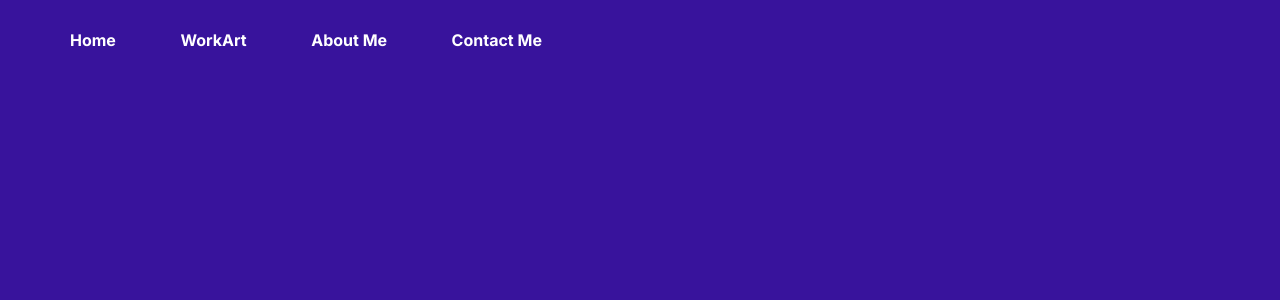
Repository: sius012/DiWorkbench
Page: index.html
An editor plug-in stored every save of this project. The page is shown before and after a run of saves, followed by the edit.
The browser window is 1280 px wide. The pictures show the whole page.

Above is the page before, as saved 2023-04-06 20:23:18.

After the next 2 saves:
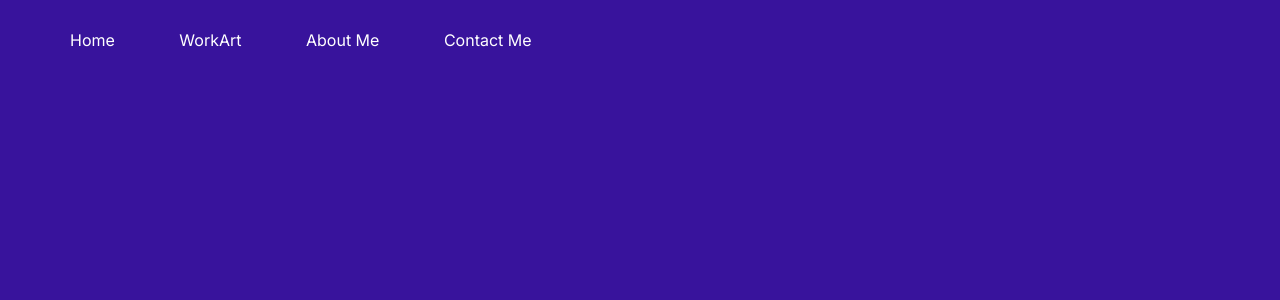
The 2 saves are shown as one change because they came seconds apart.
The last was saved 9 s later.
--- a/index.html
+++ b/index.html
@@ -25,7 +25,7 @@
         display: block;
         text-decoration: none;
         color: white;
-        font-weight: bold;
+        font-weight: medium;
       }
 
       .nav-cont{

After the 2 saves that followed:
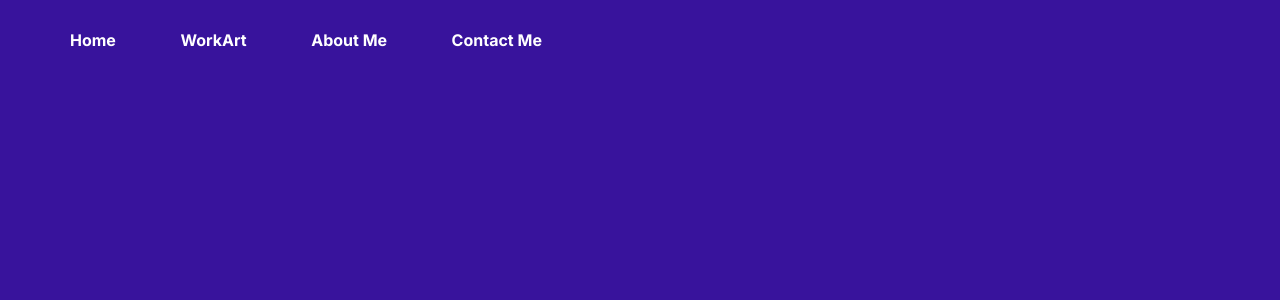
The 2 saves are shown as one change because they came seconds apart.
The last was saved 7 s later.
--- a/index.html
+++ b/index.html
@@ -25,7 +25,7 @@
         display: block;
         text-decoration: none;
         color: white;
-        font-weight: medium;
+        font-weight: bold;
       }
 
       .nav-cont{
